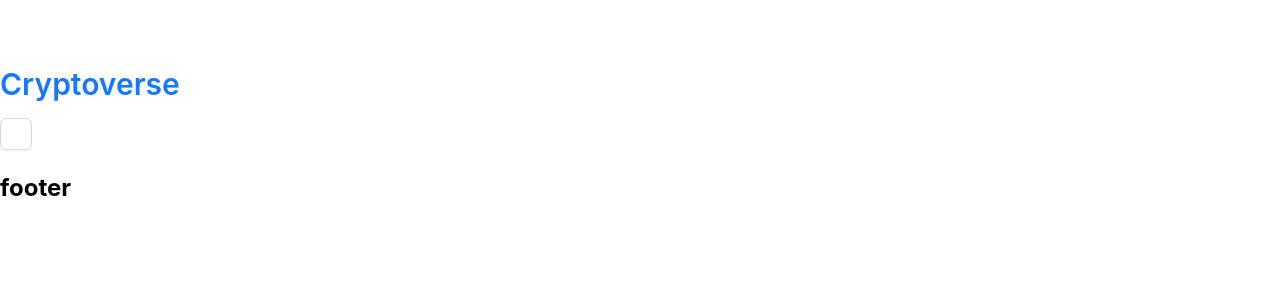
Repository: EyanIngles/CryptoWatcher
Page: /news
An editor plug-in stored every save of this project. The page is shown before and after the next save, followed by the edit.
The browser window is 1280 px wide. The pictures show the whole page.
The project was rebuilt for these pictures with package versions that can differ from the ones it lists, and the page was loaded fresh each time. A package was used in the major version that the imports need, not the one package.json lists.

Above is the page before, as saved 2024-04-30 17:30:09.

After the next save:
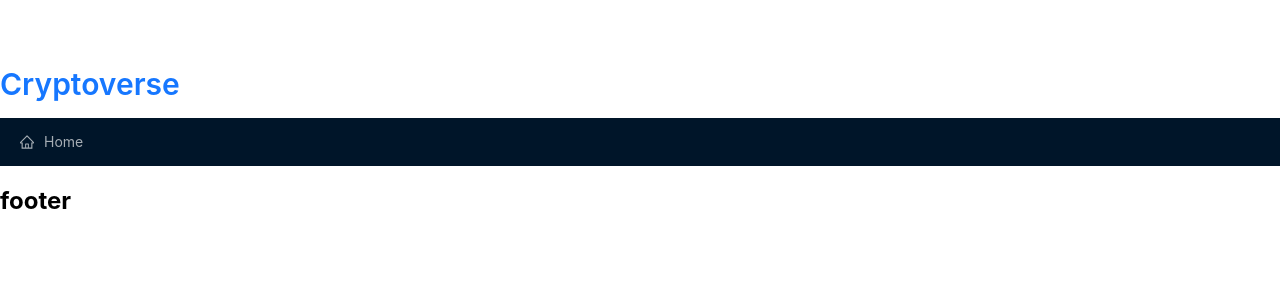
Saved 2 min 28 s later.
--- a/src/components/Navbar.jsx
+++ b/src/components/Navbar.jsx
@@ -13,8 +13,12 @@
             <Typography.Title level={2} className='logo'>
                 <Link to='/'>Cryptoverse</Link>
             </Typography.Title>
-            <Button className='menu-control-container'></Button>
         </div>
+        <Menu theme='dark'>
+          <Menu.Item icon={<HomeOutlined />}>
+            <Link to="/">Home</Link>
+          </Menu.Item>
+        </Menu>
     </div>
   )
 }
